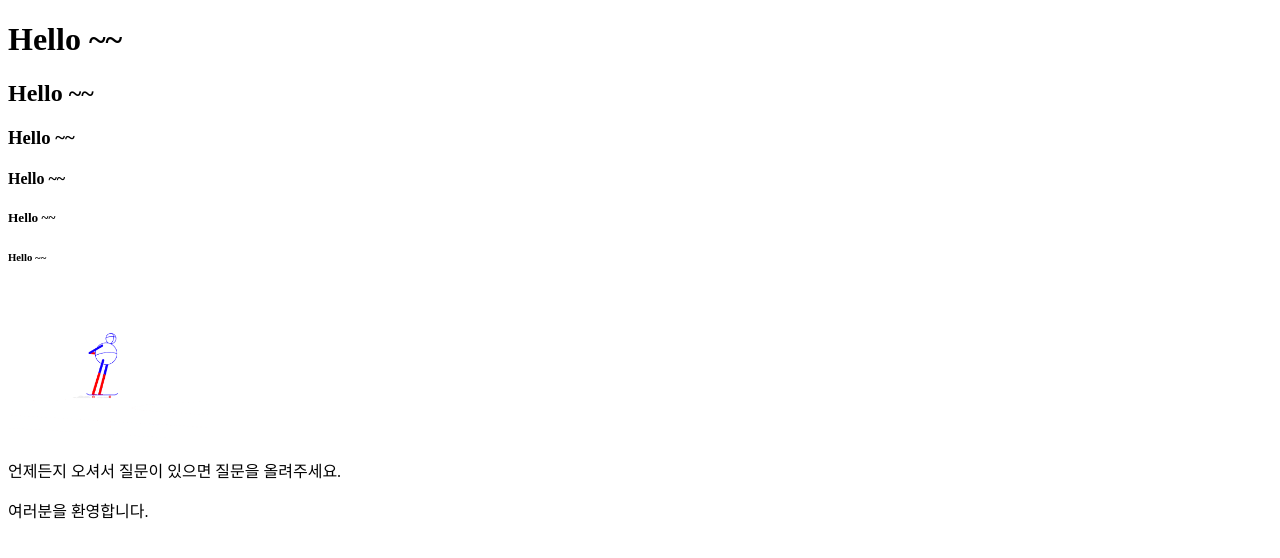
Repository: windy9109/FrontendClass
Page: webpro/src/main/webapp/code1/첫번째.html
An editor plug-in stored every save of this project. The page is shown before and after the next save, followed by the edit.
The browser window is 1280 px wide. The pictures show the whole page.

Above is the page before, as saved 2022-02-25 04:52:03.

After the next save:
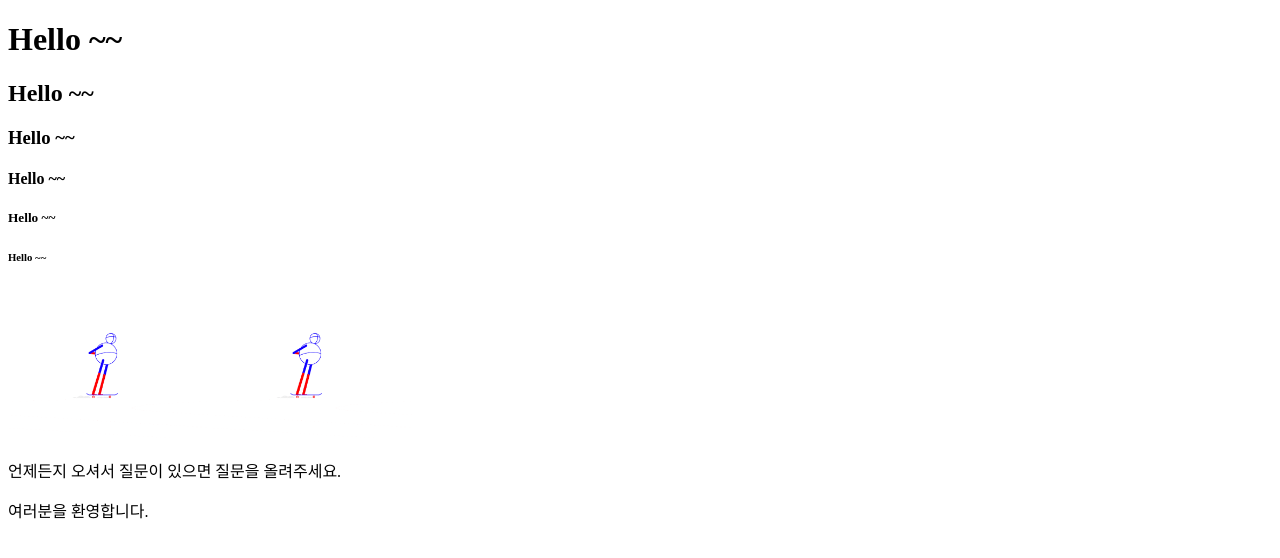
Saved 2 min 41 s later.
--- a/webpro/src/main/webapp/code1/첫번째.html
+++ b/webpro/src/main/webapp/code1/첫번째.html
@@ -29,6 +29,7 @@
 		<h6>Hello ~~</h6>
 
 		<img src="../images/images01.gif" alt="이미지입니다">
+		<img src="http://localhost/webpro/images/images01.gif" alt="이미지입니다">
 		<p>언제든지 오셔서 질문이 있으면 질문을 올려주세요.</p>
 		<p>여러분을 환영합니다.</p>
 

After the save that followed:
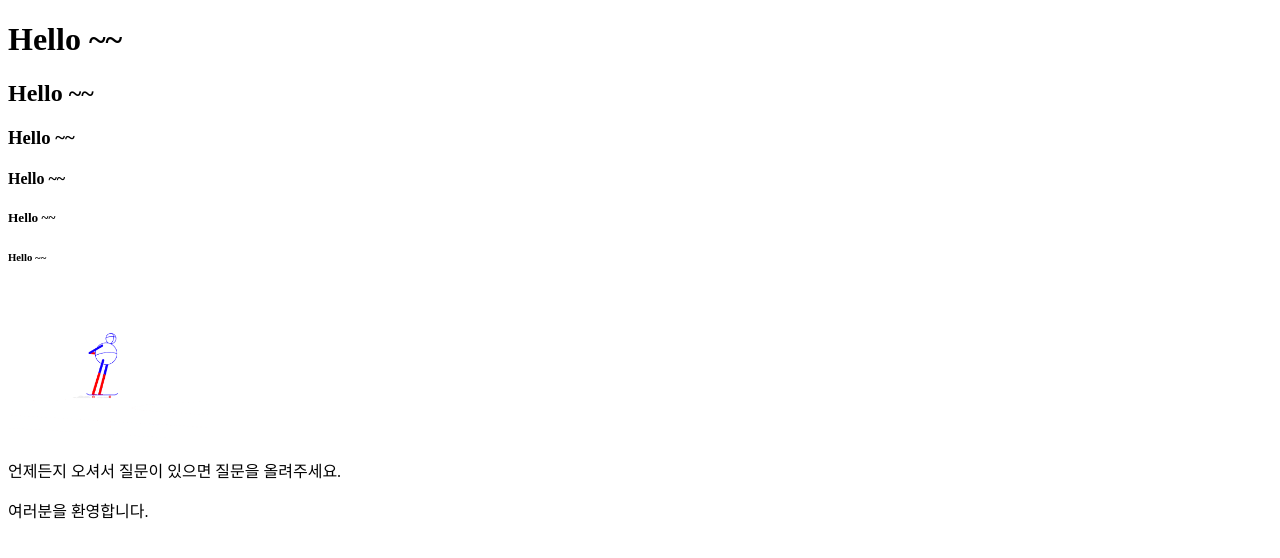
Saved 21 s later.
--- a/webpro/src/main/webapp/code1/첫번째.html
+++ b/webpro/src/main/webapp/code1/첫번째.html
@@ -29,7 +29,7 @@
 		<h6>Hello ~~</h6>
 
 		<img src="../images/images01.gif" alt="이미지입니다">
-		<img src="http://localhost/webpro/images/images01.gif" alt="이미지입니다">
+
 		<p>언제든지 오셔서 질문이 있으면 질문을 올려주세요.</p>
 		<p>여러분을 환영합니다.</p>
 
